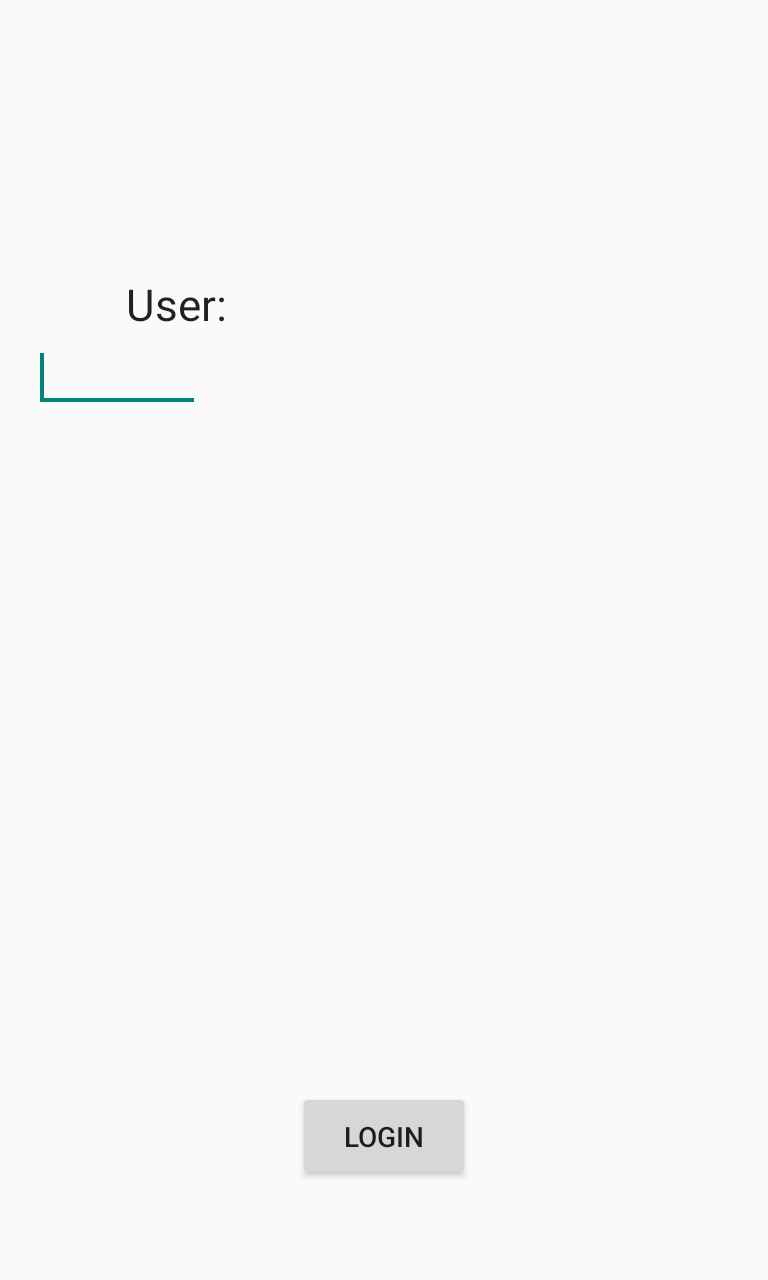
Repository: Y-GO/YGO_Parking_Project_Client
Layout: Ygo_Parking_Project/res/layout/activity_login.xml
The author's editor kept a copy of each file at every save. The layout is drawn from the files as they stood at one save, then again after the next save.
It is drawn on a 768 x 1280 px phone screen (xhdpi) without system bars, with theme AppTheme; the app's code is not run.

Above is the layout before, as saved 2014-07-27 15:23:04.

After the next save:
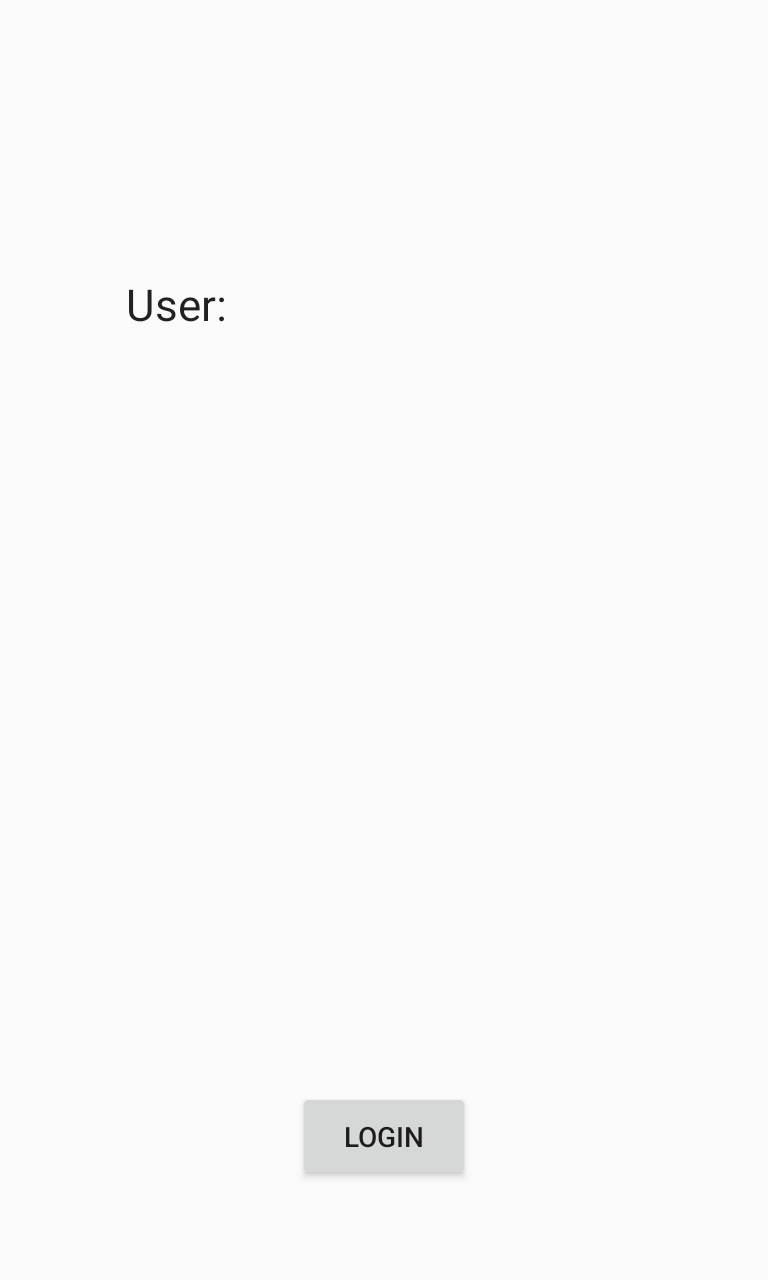
Saved 34 min 26 s later.
--- a/Ygo_Parking_Project/res/layout/activity_login.xml
+++ b/Ygo_Parking_Project/res/layout/activity_login.xml
@@ -9,7 +9,7 @@
     tools:context="com.ygo.ygo_parking_project.MainActivity" >
 
     <Button
-        android:id="@+id/button1"
+        android:id="@+id/buttenLogin"
         android:layout_width="wrap_content"
         android:layout_height="wrap_content"
         android:layout_alignParentBottom="true"
@@ -28,16 +28,4 @@
         android:text="@string/user_"
         android:textAppearance="?android:attr/textAppearanceLarge" />
 
-    <EditText
-        android:id="@+id/editText1"
-        android:layout_width="wrap_content"
-        android:layout_height="wrap_content"
-        android:layout_below="@+id/textView1"
-        android:layout_marginRight="47dp"
-        android:layout_toLeftOf="@+id/button1"
-        android:ems="10" android:inputType="textPersonName">
-
-        <requestFocus />
-    </EditText>
-
 </RelativeLayout>
